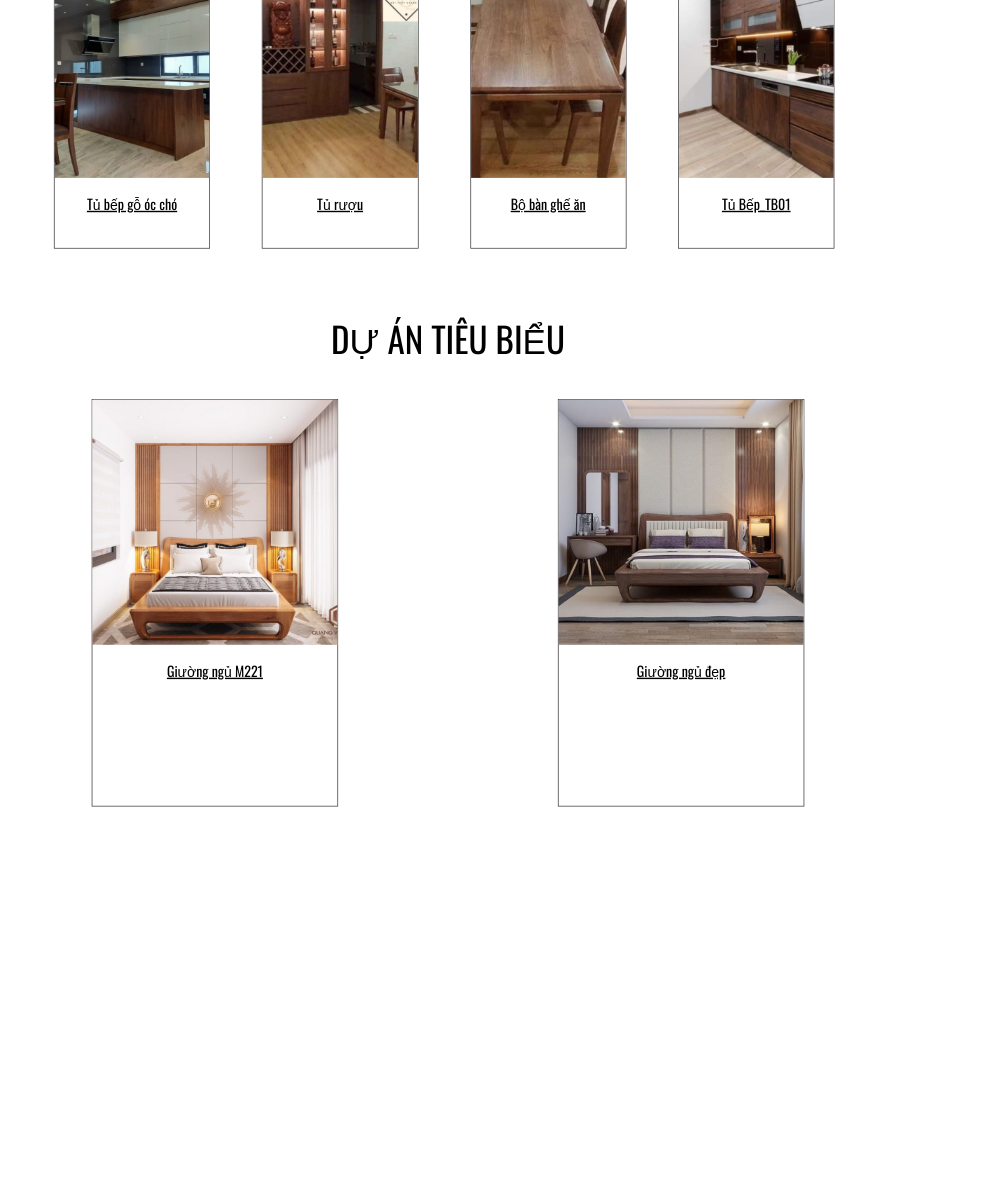
Repository: KHANHD192/FigmaTo-HTML
Page: APP-SHOP/index.html
The author's editor kept a copy of each file at every save. The page is drawn from the files as they stood at one save, then again after the next save.
The browser window is 1280 px wide. The page is 1437 px wide, so the pictures cover 1437 px, including what lies to the right of the window. The pictures show the part of the page from y = 1973 to 3693 px (the page is 4376 px tall), at 70% of full size.

Above is the page before, as saved 2022-11-21 17:38:13.

### APP-SHOP/index.html
<!DOCTYPE html>
<html lang="en">
<head>
    <meta charset="UTF-8">
    <meta http-equiv="X-UA-Compatible" content="IE=edge">
    <meta name="viewport" content="width=device-width, initial-scale=1.0">
    <title>APP-SHOP</title>
    <link rel="stylesheet" href="https://cdnjs.cloudflare.com/ajax/libs/normalize/8.0.1/normalize.min.css" integrity="sha512-NhSC1YmyruXifcj/KFRWoC561YpHpc5Jtzgvbuzx5VozKpWvQ+4nXhPdFgmx8xqexRcpAglTj9sIBWINXa8x5w==" crossorigin="anonymous" referrerpolicy="no-referrer" />
    <link rel="stylesheet" href="./asset/Css_main/base.css">
    <link rel="stylesheet" href="./asset/Css_main/main.css">
    <link rel="preconnect" href="https://fonts.googleapis.com">
     <link rel="preconnect" href="https://fonts.gstatic.com" crossorigin>
</head>
<body>
    <div class="app">
         <header class="app__header">
                 <div class="header__nav-bar">
                    <ul class="nav-bar__item">
                        <li>
                            <a href="./index.html" class="nav-bar__item-link">Trang chủ</a>
                        </li>
                        <li>
                            <a href="#" class="nav-bar__item-link">Sản phẩm</a>
                        </li>
                        <li>
                            <a href="./ctdtc.html" class="nav-bar__item-link">Công trình đã thi công</a>
                        </li>
                        <li>
                            <a href="./tintuc.html" class="nav-bar__item-link">Tin tức</a>
                        </li>
                    </ul>
                    <ul class="nav-bar__icon">
                        <li>
                            <img src="./asset/IMG/image 3.png" alt="" class="logo">
                        </li>
                        <li>
                            <img src="./asset/IMG/image 2.png" alt="" class="logo">
                        </li>
                    </ul>
                 </div>
                 <div class="header__background">
                     <img src="./asset/IMG/image 4.png" alt="background">
                 </div>
         </header>
     <div class="app__container">
        <div class="container__collect">
            <div class="collect1">
                <h2 class="title">PHÒNG KHÁCH / SOFA GỖ</h2>
                <ul class="list__item">
                    <li>
                        <div class="wrap__image">
                            <img src="./asset/IMG/image 5.png" alt="" class="item__image">
                        </div>
                        <a href="https://noithatquangvu.vn/san-pham/sofa-go-3/" class="item__image-link">Sofa gỗ 03</a>
                    </li>
                    <li>
                          <div class="wrap__image">
                            <img src="./asset/IMG/image 5 (1).png" alt="" class="item__image">
                          </div>
                        <a href="https://noithatquangvu.vn/san-pham/sofa-go/" class="item__image-link">Sofa gỗ</a>
                    </li>
                    <li>
                         <div class="wrap__image">
                            <img src="./asset/IMG/image 6.png" alt="" class="item__image">
                         </div>
                        <a href="https://noithatquangvu.vn/san-pham/sofa-go-chu-l/" class="item__image-link">Sofa gỗ chữ L</a>
                    </li>
                    <li>
                       <div class="wrap__image">
                        <img src="./asset/IMG/image 6 (1).png" alt="" class="item__image">
                       </div>
                        <a href="https://noithatquangvu.vn/san-pham/bo-sofa-go-oc-cho-ms10/" class="item__image-link">Bộ sofa óc chó</a>
                    </li>

                </ul>
            </div>
            <div class="collect1">
                <h2 class="title">PHÒNG NGỦ</h2>
                <ul class="list__item">
                    <li>
                        <div class="wrap__image">
                            <img src="./asset/IMG/image 5 (2).png" alt="" class="item__image">
                        </div>
                        <a href="https://noithatquangvu.vn/san-pham/giuong-ngu/" class="item__image-link">Giường ngủ M221</a>
                    </li>
                    <li>
                          <div class="wrap__image">
                            <img src="./asset/IMG/image 5 (3).png" alt="" class="item__image">
                          </div>
                        <a href="https://noithatquangvu.vn/san-pham/giuong-ngu-dep/" class="item__image-link">Giường ngủ đẹp</a>
                    </li>
                    <li>
                         <div class="wrap__image">
                            <img src="./asset/IMG/image 5 (4).png" alt="" class="item__image">
                         </div>
                        <a href="https://noithatquangvu.vn/san-pham/giuong-ngu-hien-dai/" class="item__image-link">Giường ngủ hiện đại</a>
                    </li>
                    <li>
                       <div class="wrap__image">
                        <img src="./asset/IMG/image 5 (5).png" alt="" class="item__image">
                       </div>
                        <a href="https://noithatquangvu.vn/san-pham/giuong-tron-dep/" class="item__image-link">Giường tròn đẹp</a>
                    </li>

                </ul>
            </div>
            <div class="collect1">
                <h2 class="title">PHÒNG BẾP</h2>
                <ul class="list__item">
                    <li>
                        <div class="wrap__image">
                            <img src="./asset/IMG/image 5 (6).png" alt="" class="item__image">
                        </div>
                        <a href="https://noithatquangvu.vn/san-pham/tu-bep-go-oc-cho/" class="item__image-link">Tủ bếp gỗ óc chó</a>
                    </li>
                    <li>
                          <div class="wrap__image">
                            <img src="./asset/IMG/image 5 (7).png" alt="" class="item__image">
                          </div>
                        <a href="https://noithatquangvu.vn/san-pham/tu%cc%89-ruo%cc%a3u/" class="item__image-link">Tủ rượu</a>
                    </li>
                    <li>
                         <div class="wrap__image">
                            <img src="./asset/IMG/image 5 (8).png" alt="" class="item__image">
                         </div>
                        <a href="https://noithatquangvu.vn/san-pham/bo%cc%a3-ban-ghe-an/" class="item__image-link">Bộ bàn ghế ăn</a>
                    </li>
                    <li>
                       <div class="wrap__image">
                        <img src="./asset/IMG/image 5 (9).png" alt="" class="item__image">
                       </div>
                        <a href="https://noithatquangvu.vn/san-pham/tu%cc%89-bep-_-ms01/" class="item__image-link">Tủ Bếp_TB01</a>
                    </li>

                </ul>
            </div>
        </div>
        <div class="container__project">
            <div class="project__tiltle">
                <p>DỰ ÁN TIÊU BIỂU</p>
            </div>
            <ul class="list__item list__item2">
                <li id="image">
                    <div class="wrap__image wrap__image2">
                        <img src="./asset/IMG/image 5 (2).png" alt="" class="item__image item__image1">
                    </div>
                    <a href="https://noithatquangvu.vn/san-pham/giuong-ngu/" class="item__image-link">Giường ngủ M221</a>
                </li>
                <li id="image">
                      <div class="wrap__image wrap__image2">
                        <img src="./asset/IMG/image 5 (3).png" alt="" class="item__image item__image1">
                      </div>
                    <a href="https://noithatquangvu.vn/san-pham/giuong-ngu-dep/" class="item__image-link">Giường ngủ đẹp</a>
                </li>

            </ul>
        </div>
     </div>
    </div>
</body>
</html>

### APP-SHOP/asset/Css_main/base.css
@import url('https://fonts.googleapis.com/css2?family=Oswald&family=Roboto:wght@100&display=swap');
/* header */
html{
    font-size: 62.5%;
    box-sizing: border-box;
    font-family: 'Oswald', sans-serif;
}
.app{
    max-width: 1800px;
}
.app__header{

}
.header__nav-bar{
      display: flex;
      justify-content: space-between;
      height: 60px;
      background-color: #3C1700;;
}
.nav-bar__item {
    width: 603px;
    height: 30px;
    list-style: none;
    display: flex;
    font-family: 'Oswald', sans-serif;
    font-size: 20px;
    line-height: 29.64px;
    margin-top: 15px;
    margin-bottom: 15px ;
    margin-left: 63px;
}
.nav-bar__item-link{
    text-decoration: none;
    color: #FFFFFF;
    margin-right: 28px;
}
.header__nav-bar:not(:last-child){
    margin-right: 0;
}
.nav-bar__icon{
    list-style: none;
    display: flex;
    margin-top: 15px;
    margin-bottom: 15px ;
    margin-right: 15px;
}
.logo{
    width: 30px;
    height: 30px;
}
.logo:last-child{
    margin-left: 22px;
}
.header__background{
    width:100%;
    height: 420px;
}
.header__background img{
    width: 100%;
    height: 100%;
    object-fit: cover;
}
/* footer */

### APP-SHOP/asset/Css_main/main.css
.app__container{
 max-width: 1800px;
    height: 3835px;
}
.collect1 h2{
    width: 285px;
    height: 42px;
    font-family: 'Oswald', sans-serif;
    font-weight: 400;
    font-size: 30px;
    line-height: 44.46px;
    color: #000000;
    position: relative;
    margin-top: 61px;
    margin-bottom: 61px;
    margin-left: 72px;
}
.collect1 h2::after{
    content: "";
    position: absolute;
    width: 1365px;
    height: 4px;
    background-color: #D9D9D9;
    left:0;
    bottom: -10px;

}
.collect1 .list__item{
    list-style: none;
    display: flex;
    margin-left:77px;
    margin-right: 88px;
    padding-left: 0;
}
.list__item li {
   max-width: 350px;
    height: 450px;
    border:  1px solid #332F2F;
    margin-right: 74px;
}
.list__item li:last-child{
    margin-right: 0;
}
li .wrap__image{
   max-width: 350px;
    height: 350px;
}
.item__image-link{
    display: block;
    max-width:100%;
    height: 63px;
    font-size: 20px;
    font-weight: 400;
    line-height: 44.46px;
   text-align: center;
   padding-top: 1.5rem;
    color: #000000;
}
li .wrap__image img{
    width: 100%;
    height: 100%;
    object-fit: cover;
}

.project__tiltle p {
    text-align: center;
    margin-top:91px;
    font-size: 50px;
    line-height: 74.1px;
    margin-bottom: 50px;
}
.container__project .list__item2{
    list-style: none;
    display: flex;
    margin-left:131px;
    margin-right: 131px;
    padding: 0;
    justify-content: space-between;
}
#image{
    max-width: 500px;
    height: 580px;
}
.wrap__image2{
    max-width: 500px;
    height: 400px;
}
#image .wrap__image2 img{
    width: 100%;
    height: 100%;
    object-fit: cover;
}

After the next save:
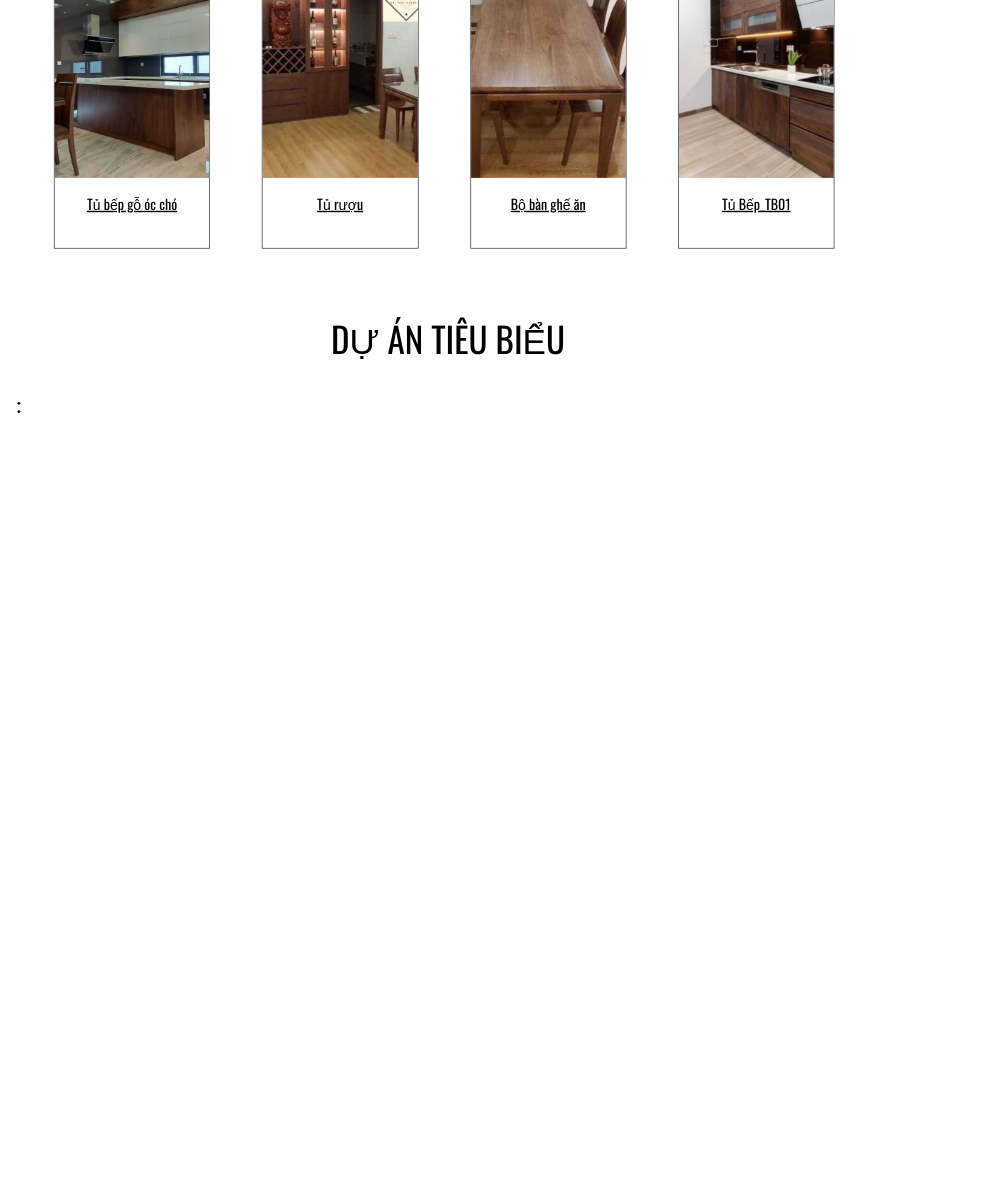
Saved 2 min 7 s later.
--- a/APP-SHOP/index.html
+++ b/APP-SHOP/index.html
@@ -139,21 +139,14 @@
             <div class="project__tiltle">
                 <p>DỰ ÁN TIÊU BIỂU</p>
             </div>
-            <ul class="list__item list__item2">
-                <li id="image">
-                    <div class="wrap__image wrap__image2">
-                        <img src="./asset/IMG/image 5 (2).png" alt="" class="item__image item__image1">
-                    </div>
-                    <a href="https://noithatquangvu.vn/san-pham/giuong-ngu/" class="item__image-link">Giường ngủ M221</a>
+             <ul class="list__project">
+                <li class="list__project-item">
+
                 </li>
-                <li id="image">
-                      <div class="wrap__image wrap__image2">
-                        <img src="./asset/IMG/image 5 (3).png" alt="" class="item__image item__image1">
-                      </div>
-                    <a href="https://noithatquangvu.vn/san-pham/giuong-ngu-dep/" class="item__image-link">Giường ngủ đẹp</a>
+                <li class="list__project-item">
+
                 </li>
-
-            </ul>
+             </ul>
         </div>
      </div>
     </div>
